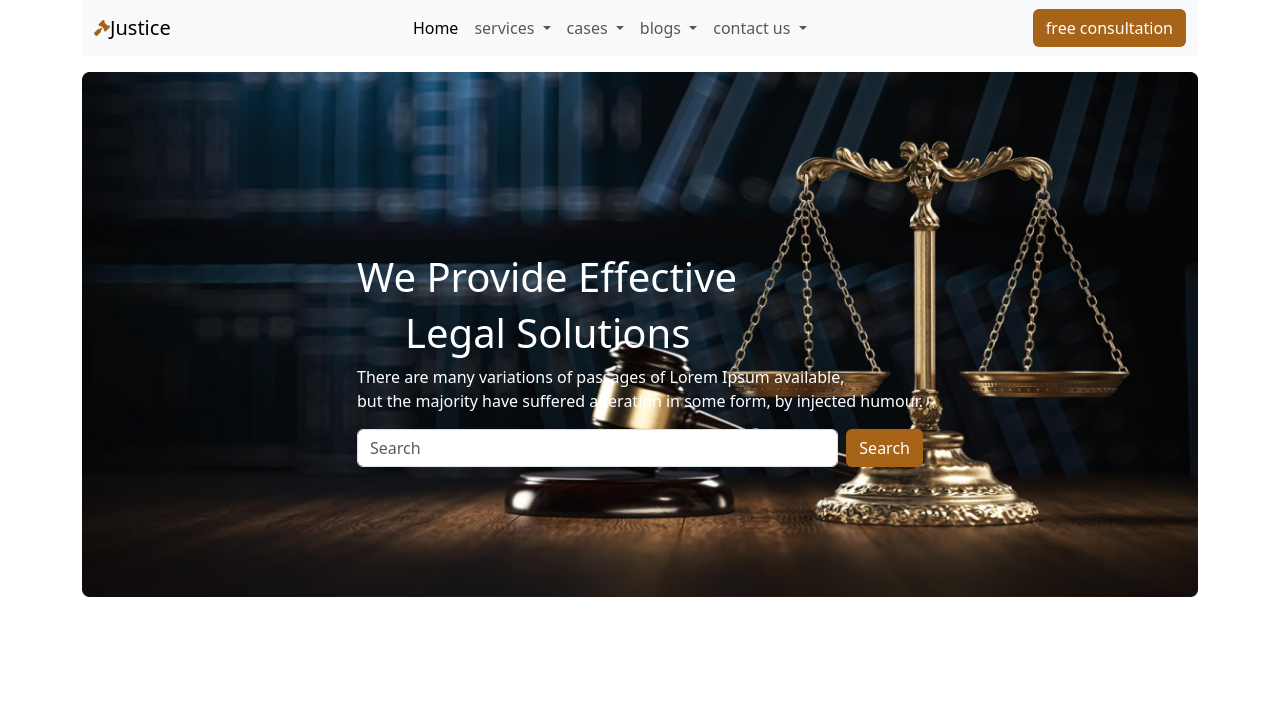
Repository: sadiaafsana138/justice
Page: index.html
These files come from the project's save history. The page is drawn as it stood at one moment and after the next save; the edit follows.
The browser window is 1280 px wide. The pictures show the whole page.
Some web libraries are served in a nearby version.

Above is the page before, as saved 2023-01-25 18:39:42.

### index.html
<!DOCTYPE html>
<html lang="en">

<head>
    <meta charset="UTF-8">
    <meta http-equiv="X-UA-Compatible" content="IE=edge">
    <meta name="viewport" content="width=device-width, initial-scale=1.0">
    <title>
        Justice
    </title>
    <link href="https://cdn.jsdelivr.net/npm/bootstrap@5.3.0-alpha1/dist/css/bootstrap.min.css" rel="stylesheet"
        integrity="sha384-GLhlTQ8iRABdZLl6O3oVMWSktQOp6b7In1Zl3/Jr59b6EGGoI1aFkw7cmDA6j6gD" crossorigin="anonymous">
    <script src="https://kit.fontawesome.com/9557e238b6.js" crossorigin="anonymous"></script>
    <link rel="stylesheet" href="css/Styles.css">
</head>

<body>

    <header class="container-lg">
        <nav class="navbar navbar-expand-lg bg-body-tertiary">
            <div class="container-fluid d-flex">
                <!--JUSTICE ICON-->
                <i class="fa-solid fa-gavel primary-color"></i>
                <!--NAVBAR HEADING-->
                <a class="navbar-brand" href="#">Justice</a>
                <button class="navbar-toggler" type="button" data-bs-toggle="collapse"
                    data-bs-target="#navbarSupportedContent" aria-controls="navbarSupportedContent"
                    aria-expanded="false" aria-label="Toggle navigation">
                    <span class="navbar-toggler-icon"></span>
                </button>
                <!--NAVBAR ITEMS-->
                <div class="collapse navbar-collapse d-flex justify-content-center" id="navbarSupportedContent">
                    <ul class="navbar-nav mb-2 mb-lg-0 nav justify-content-center">
                        <li class="nav-item">
                            <a class="nav-link active" aria-current="page" href="#">Home</a>
                        </li>
                        <li class="nav-item dropdown">
                            <a class="nav-link dropdown-toggle" href="#" role="button" data-bs-toggle="dropdown"
                                aria-expanded="false">
                                services
                            </a>
                            <ul class="dropdown-menu">
                                <li><a class="dropdown-item" href="#">ITEMS</a></li>
                            </ul>
                        </li>
                        <li class="nav-item dropdown">
                            <a class="nav-link dropdown-toggle" href="#" role="button" data-bs-toggle="dropdown"
                                aria-expanded="false">
                                cases
                            </a>
                            <ul class="dropdown-menu">
                                <li><a class="dropdown-item" href="#">ITEMS</a></li>
                            </ul>
                        </li>
                        <li class="nav-item dropdown">
                            <a class="nav-link dropdown-toggle" href="#" role="button" data-bs-toggle="dropdown"
                                aria-expanded="false">
                                blogs
                            </a>
                            <ul class="dropdown-menu">
                                <li><a class="dropdown-item" href="#">ITEMS</a></li>
                            </ul>
                        </li>
                        <li class="nav-item dropdown">
                            <a class="nav-link dropdown-toggle" href="#" role="button" data-bs-toggle="dropdown"
                                aria-expanded="false">
                                contact us
                            </a>
                            <ul class="dropdown-menu">
                                <li><a class="dropdown-item" href="#">ITEMS</a></li>
                            </ul>
                        </li>



                </div>
                <!--navbar button-->
                <div>
                    <button class="btn Btn-primary-color text-primary-color1 navbar-btn collapse navbar-collapse"
                        data-bs-toggle="modal" data-bs-target="#myModal" type="submit">free consultation</button>
                    <!-- Modal -->
                    <div class="modal" id="myModal">
                        <div class="modal-dialog">
                            <div class="modal-content">

                                <!-- Modal Header -->
                                <div class="modal-header">
                                    <h4 class="modal-title">Contact us</h4>
                                    <button type="button" class="btn-close" data-bs-dismiss="modal"></button>
                                </div>

                                <!-- Modal body -->
                                <div class="modal-body">
                                    abcd@gmail.com
                                </div>

                                <!-- Modal footer -->
                                <div class="modal-footer">
                                    <button type="button" class="btn btn-danger" data-bs-dismiss="modal">Done</button>
                                </div>

                            </div>

                        </div>

        </nav>
    </header>
    <main class="container-lg">
        <section class="mt-3">
            <div >

                <div class="banner-text text-primary-color1">
                    <h1>We Provide Effective </h1>
                    <H1 class="ps-5">Legal Solutions</H1>
                    <p class="align-items-center">There are many variations of passages of Lorem Ipsum available,<br>but
                        the majority have suffered alteration in some form, by injected humour.</p>
                    <form class="d-flex" role="search">
                        <input class="form-control me-2" type="search" placeholder="Search" aria-label="Search">
                        <button class="btn Btn-primary-color text-primary-color1" type="submit">Search</button>
                    </form>

                </div>

                <img class="img-fluid" src="images/banner.png" alt="">
            </div>

        </section>

    </main>
    <footer>

    </footer>

    <script src="https://cdn.jsdelivr.net/npm/bootstrap@5.3.0-alpha1/dist/js/bootstrap.bundle.min.js"
        integrity="sha384-w76AqPfDkMBDXo30jS1Sgez6pr3x5MlQ1ZAGC+nuZB+EYdgRZgiwxhTBTkF7CXvN"
        crossorigin="anonymous"></script>

</body>

</html>

### css/Styles.css
.primary-color{
    color: rgb(167, 100, 25);
}
.Btn-primary-color{
    background : rgb(167, 100, 25);;
}
.text-primary-color1{
    color: white;
}
.navbar-btn{
    margin-left: 00px;
}
.banner-text{

        position:absolute;
        top: 50%;
        left: 50%;
        transform: translate(-50%, -50%);

}

After the next save:
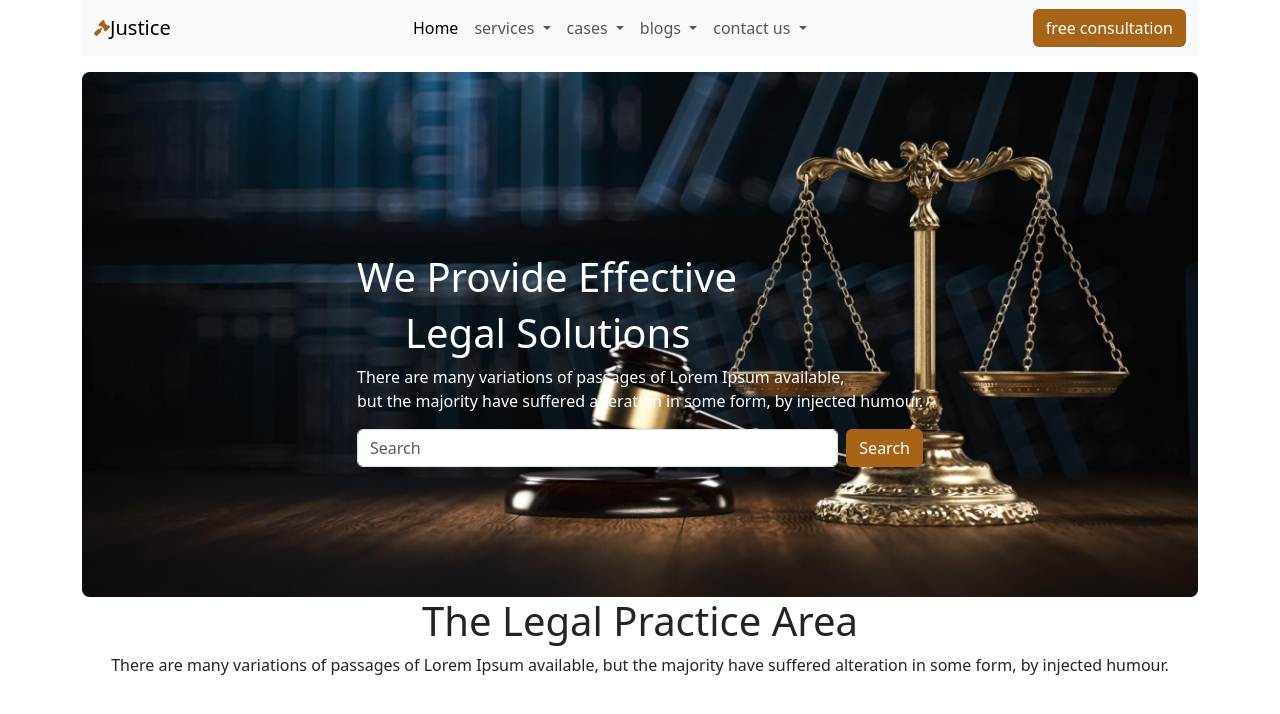
Saved 8 min 13 s later.
--- a/index.html
+++ b/index.html
@@ -106,6 +106,7 @@
         </nav>
     </header>
     <main class="container-lg">
+        <!--section 1-->
         <section class="mt-3">
             <div >
 
@@ -118,12 +119,20 @@
                         <input class="form-control me-2" type="search" placeholder="Search" aria-label="Search">
                         <button class="btn Btn-primary-color text-primary-color1" type="submit">Search</button>
                     </form>
-
                 </div>
-
                 <img class="img-fluid" src="images/banner.png" alt="">
             </div>
 
+        </section>
+        <!--section 2-->
+        <section>
+             <div>
+                <h1 class="text-center">The Legal Practice Area</h1>
+                <p class="text-center">There are many variations of passages of Lorem Ipsum available, but the majority have suffered alteration in some form, by injected humour.</p>
+                <div>
+
+                </div>
+             </div>
         </section>
 
     </main>
